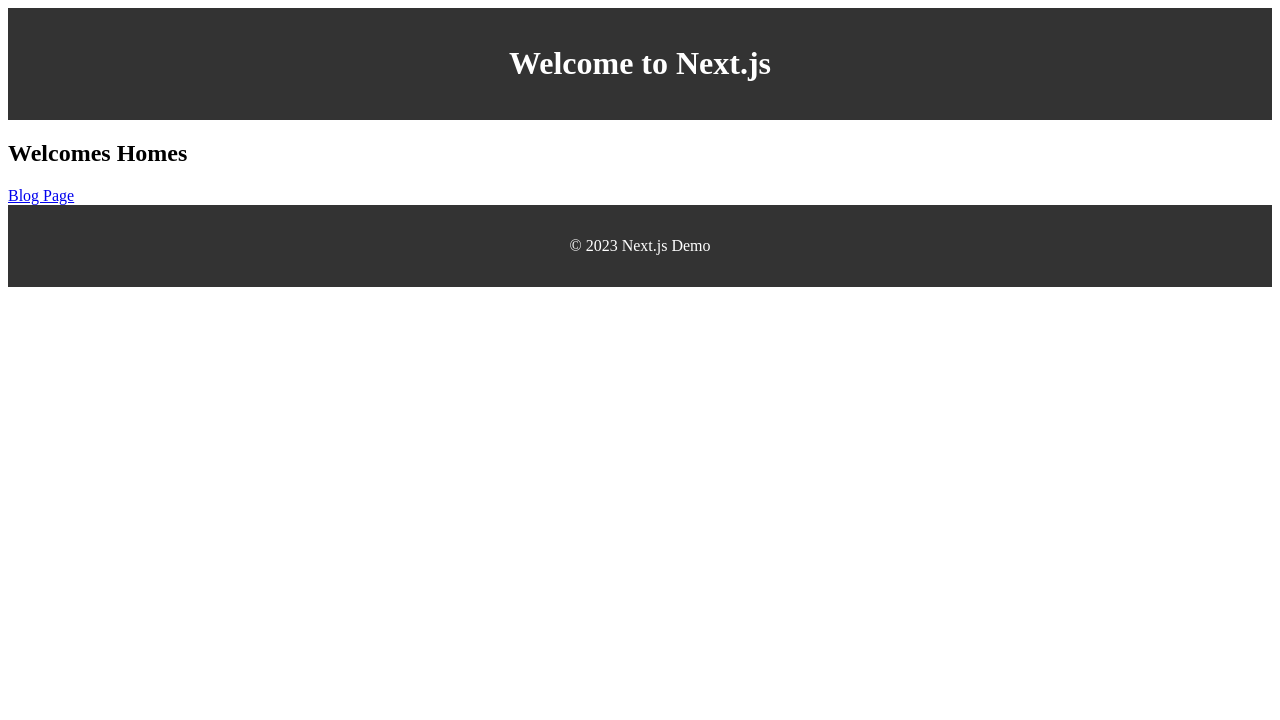
Repository: JasonMorta/NextJs-13_Basics
Page: / (app in NEXTJS15/next13-demo/)
The author's editor kept a copy of each file at every save. The page is drawn from the files as they stood at one save, then again after the next save.
The browser window is 1280 px wide. The pictures show the whole page.
The project was rebuilt for these pictures with package versions that can differ from the ones it lists, and the page was loaded fresh each time. The framework's server and built-in components were replaced by stand-ins that run in the browser. Also part of the build but not shown: NEXTJS15/next13-demo/next.config.ts.

Above is the page before, as saved 2025-02-28 13:40:15.

### NEXTJS15/next13-demo/src/app/layout.tsx
export const metadata = {
  title: "Next.js",
  description: "Generated by Next.js",
};

export default function RootLayout({children,}: {children: React.ReactNode}) {
  return (
    <html lang="en">
      <body>
        <header style={{ backgroundColor: '#333', color: '#fff', padding: '1rem', textAlign: 'center' }}>
          <h1>Welcome to Next.js</h1>
        </header>

        <main>{children}</main>

        <footer style={{ backgroundColor: '#333', color: '#fff', padding: '1rem', textAlign: 'center', marginTop: 'auto' }}>
          <p>&copy; 2023 Next.js Demo</p>
        </footer>
      </body>
    </html>
  );
}

### NEXTJS15/next13-demo/src/app/page.tsx
import Link from 'next/link'
import React from 'react'

export default function page() {
  return (
    <section>
      <h1>Welcomes Homes</h1>
      <Link href="/blog">Blog Page</Link>
    </section>
  )
}

After the next save:
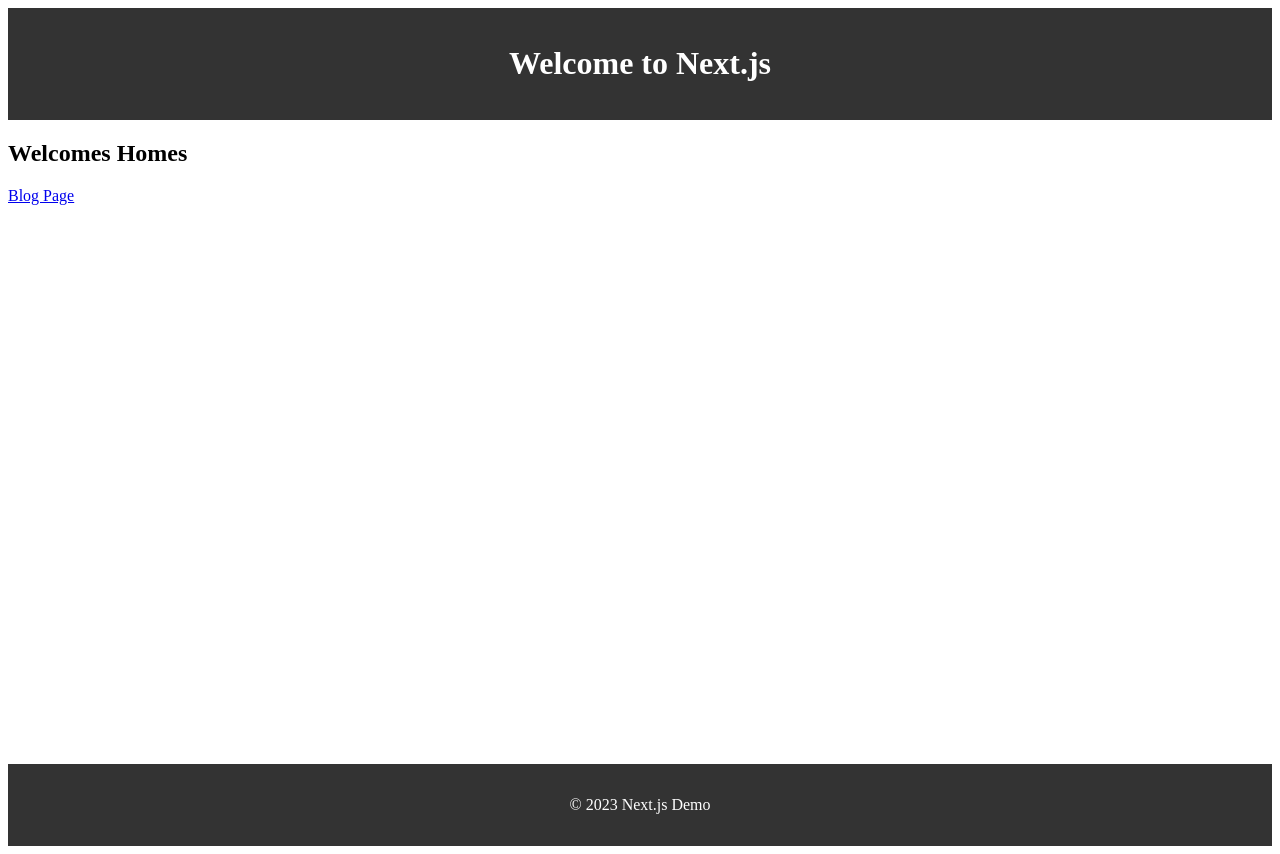
Saved 43 s later.
--- a/NEXTJS15/next13-demo/src/app/layout.tsx
+++ b/NEXTJS15/next13-demo/src/app/layout.tsx
@@ -3,7 +3,7 @@
   description: "Generated by Next.js",
 };
 
-export default function RootLayout({children,}: {children: React.ReactNode}) {
+export default function AuthLayout({children,}: {children: React.ReactNode}) {
   return (
     <html lang="en">
       <body>
@@ -11,7 +11,9 @@
           <h1>Welcome to Next.js</h1>
         </header>
 
-        <main>{children}</main>
+        <main style={{
+          minHeight: 'calc(100vh - 6rem)',
+        }}>{children}</main>
 
         <footer style={{ backgroundColor: '#333', color: '#fff', padding: '1rem', textAlign: 'center', marginTop: 'auto' }}>
           <p>&copy; 2023 Next.js Demo</p>
